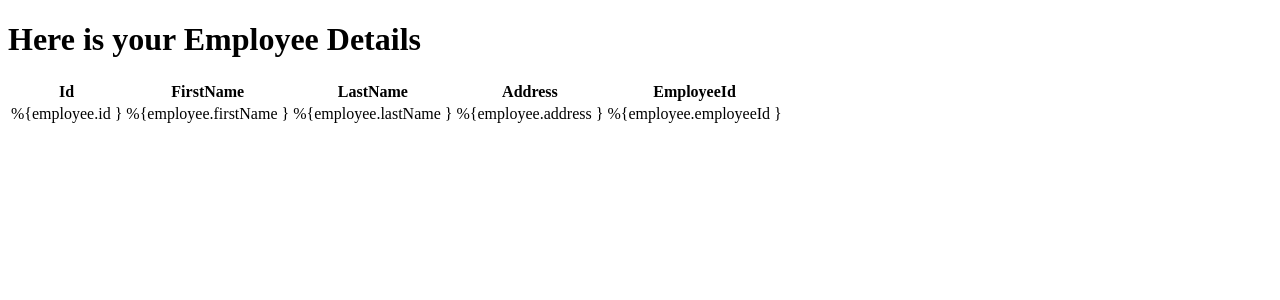
Repository: Basavaraj-007/core-java
Page: http://localhost/employee_springmvc_jpa/SearchById.jsp
The author's editor kept a copy of each file at every save. The page is drawn from the files as they stood at one save, then again after the next save.
The browser window is 1280 px wide. The pictures show the whole page.
The page is served by Tomcat 9. The template is opened directly, without the code that normally fills it, so the values that code supplies are empty.

Above is the page before, as saved 2022-11-09 12:16:48.

After the next save:
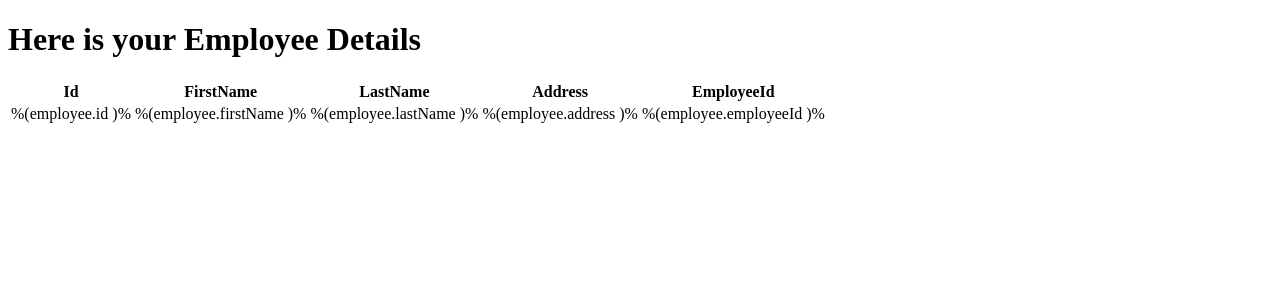
Saved 2 min 8 s later.
--- a/employee_springmvc_jpa/src/main/webapp/SearchById.jsp
+++ b/employee_springmvc_jpa/src/main/webapp/SearchById.jsp
@@ -21,11 +21,11 @@
 <tbody>
  <c:forEach var="employee" items="${employ} ">
 <tr>
-<td>%{employee.id }</td>
-<td>%{employee.firstName }</td>
-<td>%{employee.lastName }</td>
-<td>%{employee.address }</td>
-<td>%{employee.employeeId }</td>
+<td>%(employee.id )%</td>
+<td>%(employee.firstName )%</td>
+<td>%(employee.lastName )%</td>
+<td>%(employee.address )%</td>
+<td>%(employee.employeeId )%</td>
 </tr>
 </c:forEach>
 
